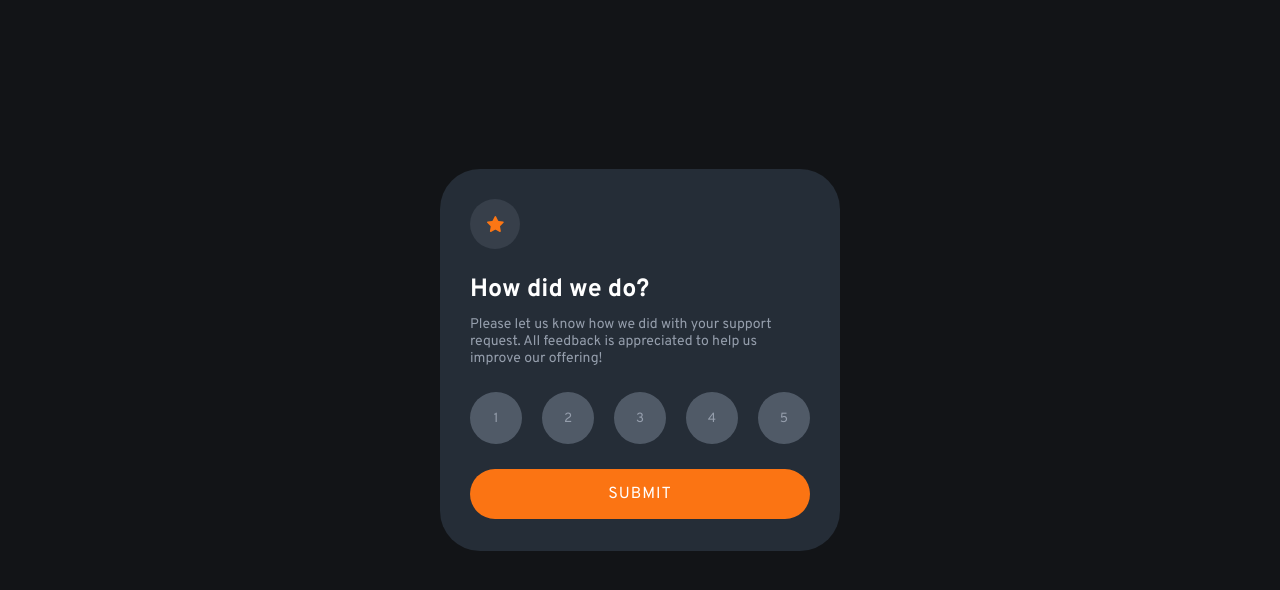
Repository: itbeginswithi/FrontebdMentor
Page: / (app in interactive-rating-component-main/)
These files come from the project's save history. The page is drawn as it stood at one moment and after the next save; the edit follows.
The browser window is 1280 px wide. The pictures show the whole page.
The project was rebuilt for these pictures with package versions that can differ from the ones it lists, and the page was loaded fresh each time.

Above is the page before, as saved 2022-07-24 11:46:44.

After the next save:
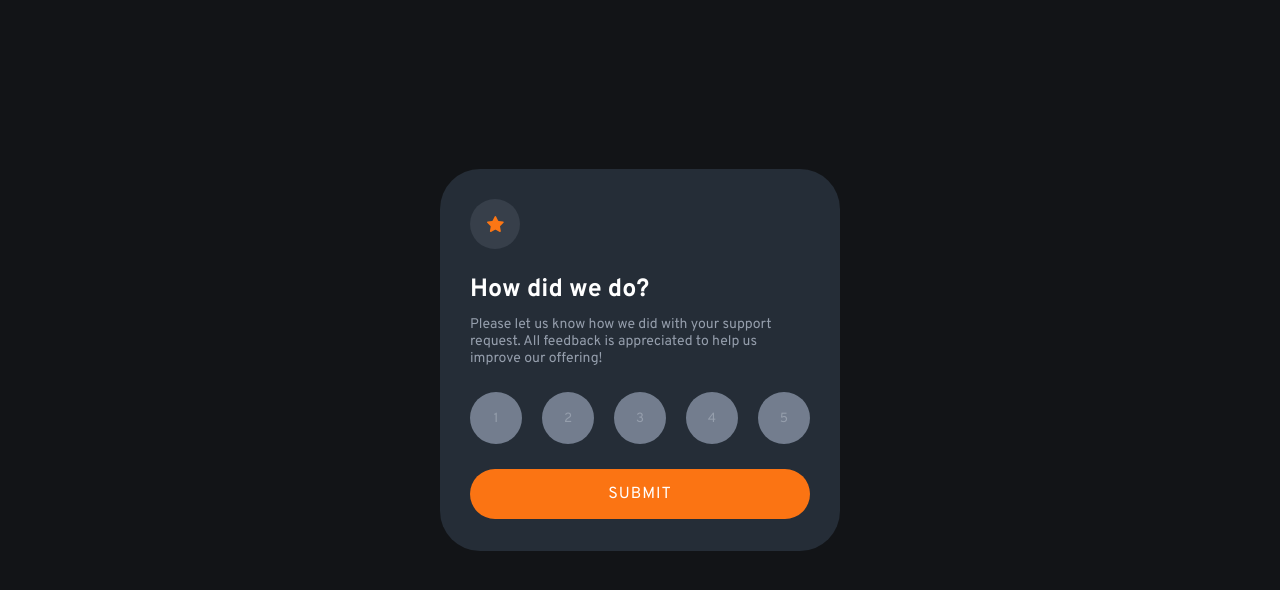
Saved 24 s later.
--- a/interactive-rating-component-main/src/App.scss
+++ b/interactive-rating-component-main/src/App.scss
@@ -72,7 +72,7 @@ main{
                 border: 0;
                 border-radius: 100vmax;
                 color: $light-grey;
-                background-color: rgba($medium-grey, 50%);
+                background-color: rgba($medium-grey, 90%);
                 cursor: pointer;
             }
         }
